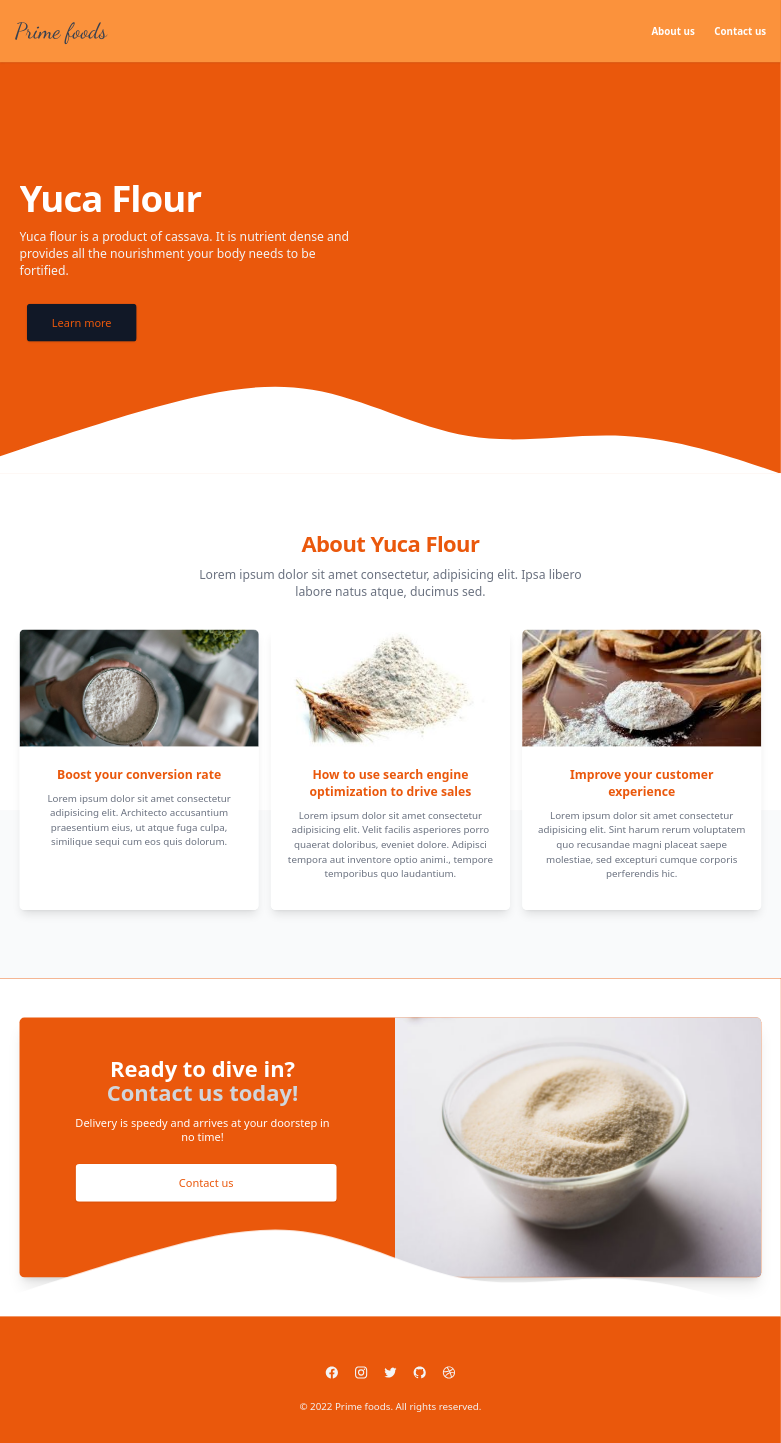
Repository: bellatrick/prime-foods
Page: /
These files come from the project's save history. The page is drawn as it stood at one moment and after a run of saves; the edit follows.
The browser window is 1280 px wide. The pictures show the whole page, at 61% of full size.
Some web fonts or font styles are not loaded; a fallback is used. The project was rebuilt for these pictures with package versions that can differ from the ones it lists, and the page was loaded fresh each time. Imported but missing from the stored project, and not drawn on this page: src/assets/img11.heic.

Above is the page before, as saved 2022-04-30 23:02:54.

### public/index.html
<!DOCTYPE html>
<html lang="en">
  <head>
    <meta charset="utf-8" />
    <link rel="icon" href="%PUBLIC_URL%/favicon.ico" />
    <meta name="viewport" content="width=device-width, initial-scale=1" />
    <meta name="theme-color" content="#000000" />
    <meta
      name="description"
      content="Web site created using create-react-app"
    />
    <link rel="apple-touch-icon" href="%PUBLIC_URL%/logo192.png" />
    <link rel="preconnect" href="https://fonts.googleapis.com" />
    <link rel="preconnect" href="https://fonts.gstatic.com" crossorigin />
    <link
      href="https://fonts.googleapis.com/css2?family=Dancing+Script:wght@400;500;600;700&family=Inter:wght@100;200;300;400;500;700;900&family=Kavoon&display=swap"
      rel="stylesheet"
    />
    <!--
      manifest.json provides metadata used when your web app is installed on a
      user's mobile device or desktop. See https://developers.google.com/web/fundamentals/web-app-manifest/
    -->
    <link rel="manifest" href="%PUBLIC_URL%/manifest.json" />
    <!--
      Notice the use of %PUBLIC_URL% in the tags above.
      It will be replaced with the URL of the `public` folder during the build.
      Only files inside the `public` folder can be referenced from the HTML.

      Unlike "/favicon.ico" or "favicon.ico", "%PUBLIC_URL%/favicon.ico" will
      work correctly both with client-side routing and a non-root public URL.
      Learn how to configure a non-root public URL by running `npm run build`.
    -->
    <title>React App</title>
  </head>
  <body>
    <noscript>You need to enable JavaScript to run this app.</noscript>
    <div id="root"></div>
    <!--
      This HTML file is a template.
      If you open it directly in the browser, you will see an empty page.

      You can add webfonts, meta tags, or analytics to this file.
      The build step will place the bundled scripts into the <body> tag.

      To begin the development, run `npm start` or `yarn start`.
      To create a production bundle, use `npm run build` or `yarn build`.
    -->
  </body>
</html>

### src/App.js
import Hero from './components/Hero'
import Features from './components/Features'
import Cta from './components/Cta'
import Footer from './components/Footer'
import './App.css';

function App() {
  return (
    <div className="App">
     <Hero/>
     <Features/>
     <Cta/>
     <Footer/>
    </div>
  );
}

export default App;

### src/components/Hero.jsx
/* This example requires Tailwind CSS v2.0+ */
import { Fragment } from "react";
//import Carousel from "react-material-ui-carousel";
import { Popover, Transition } from "@headlessui/react";
import img1 from "../assets/img10.jpg";
import img2 from "../assets/img11.heic";
import Fade from "react-reveal/Fade";
import makeCarousel from 'react-reveal/makeCarousel';
import Slide from 'react-reveal/Slide';
import styled, { css } from 'styled-components';

const images = [img1, img2];

const Container = styled.div`
  border: 1px solid red;
  position: relative;
  overflow: hidden;
  width: 300px;
  height: 150px;
`;
const CarouselUI = ({ children }) => <Container>{children}</Container>;
const Carousel = makeCarousel(CarouselUI);
export default function Example() {
  return (
    <div className="relative bg-orange-600">
      <Popover className="relative bg-orange-400 shadow">
        <div className="max-w-7xl mx-auto px-4 sm:px-6">
          <div className="flex justify-between items-center py-6 md:justify-start md:space-x-10">
            <div className="flex justify-start lg:w-0 lg:flex-1">
              <p className="text-[800] text-gray-700 text-[36px] font-logo">
                Prime foods
              </p>
            </div>
            <div className="flex gap-8 text-white font-bold cursor-pointer  ">
              <p className="hover:text-gray-400">About us</p>
              <p className="hover:text-gray-400">Contact us</p>
            </div>
          </div>
        </div>
      </Popover>

      <main className="lg:relative">
        <div className="mx-auto max-w-7xl w-full pt-16 pb-20 text-center lg:py-48 lg:text-left">
          <div className="px-4 lg:w-1/2 sm:px-8 xl:pr-16">
            <Fade left>
              <h1 className="text-4xl tracking-tight font-extrabold text-white sm:text-5xl md:text-6xl lg:text-5xl xl:text-6xl">
                <span className="block xl:inline">Yuca Flour</span>{" "}
              </h1>
            </Fade>
            <Fade right>
              <p className="mt-3 max-w-md mx-auto text-lg text-gray-100 sm:text-xl md:mt-5 md:max-w-3xl">
                Yuca flour is a product of cassava. It is nutrient dense and
                provides all the nourishment your body needs to be fortified.
              </p>
            </Fade>
            <Fade top>
              <div className="mt-10 sm:flex sm:justify-center lg:justify-start">
                <div className="mt-3 rounded-md shadow sm:mt-0 sm:ml-3">
                  <a
                    href="#about-us"
                    className="w-full flex items-center justify-center px-8 py-3 border border-transparent text-base font-medium rounded-md bg-gray-900 text-orange-600 hover:bg-gray-700 cursor-pointer md:py-4 md:text-lg md:px-10"
                  >
                    Learn more
                  </a>
                </div>
              </div>
            </Fade>
          </div>
        </div>

        <Fade bottom>
         Carousel

        </Fade>
      </main>
      <div className="absolute bottom-0 left-0 right-0 w-full">
        <svg xmlns="http://www.w3.org/2000/svg" viewBox="0 0 1440 320">
          <path
            fill="#fff"
            fill-opacity="1"
            d="M0,288L48,272C96,256,192,224,288,197.3C384,171,480,149,576,165.3C672,181,768,235,864,250.7C960,267,1056,245,1152,250.7C1248,256,1344,288,1392,304L1440,320L1440,320L1392,320C1344,320,1248,320,1152,320C1056,320,960,320,864,320C768,320,672,320,576,320C480,320,384,320,288,320C192,320,96,320,48,320L0,320Z"
          ></path>
        </svg>
      </div>
    </div>
  );
}

### src/components/Features.jsx
import img1 from "../assets/img2.jpg";
import img2 from "../assets/img3.png";
import img3 from "../assets/img4.jfif";
import Zoom from "react-reveal/Zoom";
const posts = [
  {
    title: "Boost your conversion rate",
    href: "#",
    category: { name: "Article", href: "#" },
    description:
      "Lorem ipsum dolor sit amet consectetur adipisicing elit. Architecto accusantium praesentium eius, ut atque fuga culpa, similique sequi cum eos quis dolorum.",
    date: "Mar 16, 2020",
    datetime: "2020-03-16",
    imageUrl: img2,
    readingTime: "6 min",
  },
  {
    title: "How to use search engine optimization to drive sales",
    href: "#",
    category: { name: "Video", href: "#" },
    description:
      "Lorem ipsum dolor sit amet consectetur adipisicing elit. Velit facilis asperiores porro quaerat doloribus, eveniet dolore. Adipisci tempora aut inventore optio animi., tempore temporibus quo laudantium.",
    date: "Mar 10, 2020",
    datetime: "2020-03-10",
    imageUrl: img1,
    readingTime: "4 min",
  },
  {
    title: "Improve your customer experience",
    href: "#",
    category: { name: "Case Study", href: "#" },
    description:
      "Lorem ipsum dolor sit amet consectetur adipisicing elit. Sint harum rerum voluptatem quo recusandae magni placeat saepe molestiae, sed excepturi cumque corporis perferendis hic.",
    date: "Feb 12, 2020",
    datetime: "2020-02-12",
    imageUrl: img3,
    readingTime: "11 min",
  },
];

export default function Example() {
  return (
    <div className="relative bg-gray-50 pt-16 pb-20 px-4 sm:px-6 lg:pt-24 lg:pb-28 lg:px-8">
      <div className="absolute inset-0">
        <div className="bg-white h-1/3 sm:h-2/3" />
      </div>
      <div className="relative max-w-7xl mx-auto">
        <div className="text-center">
          <h2 className="text-3xl tracking-tight font-extrabold text-orange-600 sm:text-4xl">
            About Yuca Flour
          </h2>
          <p className="mt-3 max-w-2xl mx-auto text-xl text-gray-500 sm:mt-4">
            Lorem ipsum dolor sit amet consectetur, adipisicing elit. Ipsa
            libero labore natus atque, ducimus sed.
          </p>
        </div>
        <>
          <div className="mt-12 max-w-lg mx-auto grid gap-5 lg:grid-cols-3 lg:max-w-none">
            {posts.map((post) => (
              <Zoom>
                <div
                  key={post.title}
                  className="flex flex-col rounded-lg shadow-lg overflow-hidden"
                >
                  <div className="flex-shrink-0">
                    <img
                      className="h-48 w-full object-cover"
                      src={post.imageUrl}
                      alt="feature img"
                    />
                  </div>
                  <div className="flex-1 bg-white p-6 flex flex-col justify-between">
                    <div className="flex-1">
                      <a href={post.href} className="block mt-2">
                        <p className="text-xl font-semibold text-orange-600">
                          {post.title}
                        </p>
                        <p className="mt-3 text-base text-gray-500">
                          {post.description}
                        </p>
                      </a>
                    </div>
                    <div className="mt-6 flex items-center"></div>
                  </div>
                </div>
              </Zoom>
            ))}
          </div>
        </>
      </div>
    </div>
  );
}

### src/components/Cta.jsx
import img1 from "../assets/img9.jpg";
import Slide from "react-reveal/Slide";
import Fade from "react-reveal/Fade";
export default function Example() {
  return (
    <div className="bg-white relative z-10">
      <div className="max-w-7xl mx-auto py-16 px-4 sm:px-6 lg:px-8">
        <div className="bg-orange-600 rounded-lg shadow-xl overflow-hidden lg:grid lg:grid-cols-2 lg:gap-4">
          <div className="pt-6 pb-12 px-6 sm:pt-10 sm:px-16 lg:py-16 lg:pr-0 xl:py-16 xl:px-20">
            <div className="lg:self-center">
              <h2 className="text-2xl font-extrabold text-white sm:text-4xl">
                <Fade top>
                  <span className="block">Ready to dive in?</span>
                </Fade>
                <Fade bottom>
                  {" "}
                  <span className="block text-gray-300">Contact us today!</span>
                </Fade>
              </h2>
              <Slide top>
                {" "}
                <p className="mt-4 text-lg leading-6 text-white">
                  Delivery is speedy and arrives at your doorstep in no time!
                </p>
              </Slide>
              <div className="mt-4 rounded-md shadow sm:mt-8 sm:ml-3 hover:bg-gray-200 cursor-pointer">
                <a
                  href="#about-us"
                  className="w-full flex items-center justify-center px-8 py-3 border border-transparent text-base font-medium rounded-md bg-white text-orange-600 hover:bg-gray-200 cursor-pointer md:py-4 md:text-lg md:px-10"
                >
                  Contact us
                </a>
              </div>
            </div>
          </div>{" "}
          <div className="-mt-6 aspect-w-5 aspect-h-3 md:aspect-w-2 md:aspect-h-1">
            <Slide right>
              <img
                className="transform translate-x-6 translate-y-6 rounded-md object-cover object-left-top sm:translate-x-16 lg:translate-y-20"
                src={img1}
                alt="App screenshot"
              />
            </Slide>
          </div>
        </div>
      </div>
      <div className="absolute bottom-0 left-0 right-0 w-full z-0">
        <svg xmlns="http://www.w3.org/2000/svg" viewBox="0 0 1440 320">
          <path
            fill="#fff"
            fill-opacity="1"
            d="M0,288L48,272C96,256,192,224,288,197.3C384,171,480,149,576,165.3C672,181,768,235,864,250.7C960,267,1056,245,1152,250.7C1248,256,1344,288,1392,304L1440,320L1440,320L1392,320C1344,320,1248,320,1152,320C1056,320,960,320,864,320C768,320,672,320,576,320C480,320,384,320,288,320C192,320,96,320,48,320L0,320Z"
          ></path>
        </svg>
      </div>
    </div>
  );
}

### src/components/Footer.jsx
/* This example requires Tailwind CSS v2.0+ */
const navigation = {
    social: [
      {
        name: 'Facebook',
        href: '#',
        icon: (props) => (
          <svg fill="currentColor" viewBox="0 0 24 24" {...props}>
            <path
              fillRule="evenodd"
              d="M22 12c0-5.523-4.477-10-10-10S2 6.477 2 12c0 4.991 3.657 9.128 8.438 9.878v-6.987h-2.54V12h2.54V9.797c0-2.506 1.492-3.89 3.777-3.89 1.094 0 2.238.195 2.238.195v2.46h-1.26c-1.243 0-1.63.771-1.63 1.562V12h2.773l-.443 2.89h-2.33v6.988C18.343 21.128 22 16.991 22 12z"
              clipRule="evenodd"
            />
          </svg>
        ),
      },
      {
        name: 'Instagram',
        href: '#',
        icon: (props) => (
          <svg fill="currentColor" viewBox="0 0 24 24" {...props}>
            <path
              fillRule="evenodd"
              d="M12.315 2c2.43 0 2.784.013 3.808.06 1.064.049 1.791.218 2.427.465a4.902 4.902 0 011.772 1.153 4.902 4.902 0 011.153 1.772c.247.636.416 1.363.465 2.427.048 1.067.06 1.407.06 4.123v.08c0 2.643-.012 2.987-.06 4.043-.049 1.064-.218 1.791-.465 2.427a4.902 4.902 0 01-1.153 1.772 4.902 4.902 0 01-1.772 1.153c-.636.247-1.363.416-2.427.465-1.067.048-1.407.06-4.123.06h-.08c-2.643 0-2.987-.012-4.043-.06-1.064-.049-1.791-.218-2.427-.465a4.902 4.902 0 01-1.772-1.153 4.902 4.902 0 01-1.153-1.772c-.247-.636-.416-1.363-.465-2.427-.047-1.024-.06-1.379-.06-3.808v-.63c0-2.43.013-2.784.06-3.808.049-1.064.218-1.791.465-2.427a4.902 4.902 0 011.153-1.772A4.902 4.902 0 015.45 2.525c.636-.247 1.363-.416 2.427-.465C8.901 2.013 9.256 2 11.685 2h.63zm-.081 1.802h-.468c-2.456 0-2.784.011-3.807.058-.975.045-1.504.207-1.857.344-.467.182-.8.398-1.15.748-.35.35-.566.683-.748 1.15-.137.353-.3.882-.344 1.857-.047 1.023-.058 1.351-.058 3.807v.468c0 2.456.011 2.784.058 3.807.045.975.207 1.504.344 1.857.182.466.399.8.748 1.15.35.35.683.566 1.15.748.353.137.882.3 1.857.344 1.054.048 1.37.058 4.041.058h.08c2.597 0 2.917-.01 3.96-.058.976-.045 1.505-.207 1.858-.344.466-.182.8-.398 1.15-.748.35-.35.566-.683.748-1.15.137-.353.3-.882.344-1.857.048-1.055.058-1.37.058-4.041v-.08c0-2.597-.01-2.917-.058-3.96-.045-.976-.207-1.505-.344-1.858a3.097 3.097 0 00-.748-1.15 3.098 3.098 0 00-1.15-.748c-.353-.137-.882-.3-1.857-.344-1.023-.047-1.351-.058-3.807-.058zM12 6.865a5.135 5.135 0 110 10.27 5.135 5.135 0 010-10.27zm0 1.802a3.333 3.333 0 100 6.666 3.333 3.333 0 000-6.666zm5.338-3.205a1.2 1.2 0 110 2.4 1.2 1.2 0 010-2.4z"
              clipRule="evenodd"
            />
          </svg>
        ),
      },
      {
        name: 'Twitter',
        href: '#',
        icon: (props) => (
          <svg fill="currentColor" viewBox="0 0 24 24" {...props}>
            <path d="M8.29 20.251c7.547 0 11.675-6.253 11.675-11.675 0-.178 0-.355-.012-.53A8.348 8.348 0 0022 5.92a8.19 8.19 0 01-2.357.646 4.118 4.118 0 001.804-2.27 8.224 8.224 0 01-2.605.996 4.107 4.107 0 00-6.993 3.743 11.65 11.65 0 01-8.457-4.287 4.106 4.106 0 001.27 5.477A4.072 4.072 0 012.8 9.713v.052a4.105 4.105 0 003.292 4.022 4.095 4.095 0 01-1.853.07 4.108 4.108 0 003.834 2.85A8.233 8.233 0 012 18.407a11.616 11.616 0 006.29 1.84" />
          </svg>
        ),
      },
      {
        name: 'GitHub',
        href: '#',
        icon: (props) => (
          <svg fill="currentColor" viewBox="0 0 24 24" {...props}>
            <path
              fillRule="evenodd"
              d="M12 2C6.477 2 2 6.484 2 12.017c0 4.425 2.865 8.18 6.839 9.504.5.092.682-.217.682-.483 0-.237-.008-.868-.013-1.703-2.782.605-3.369-1.343-3.369-1.343-.454-1.158-1.11-1.466-1.11-1.466-.908-.62.069-.608.069-.608 1.003.07 1.531 1.032 1.531 1.032.892 1.53 2.341 1.088 2.91.832.092-.647.35-1.088.636-1.338-2.22-.253-4.555-1.113-4.555-4.951 0-1.093.39-1.988 1.029-2.688-.103-.253-.446-1.272.098-2.65 0 0 .84-.27 2.75 1.026A9.564 9.564 0 0112 6.844c.85.004 1.705.115 2.504.337 1.909-1.296 2.747-1.027 2.747-1.027.546 1.379.202 2.398.1 2.651.64.7 1.028 1.595 1.028 2.688 0 3.848-2.339 4.695-4.566 4.943.359.309.678.92.678 1.855 0 1.338-.012 2.419-.012 2.747 0 .268.18.58.688.482A10.019 10.019 0 0022 12.017C22 6.484 17.522 2 12 2z"
              clipRule="evenodd"
            />
          </svg>
        ),
      },
      {
        name: 'Dribbble',
        href: '#',
        icon: (props) => (
          <svg fill="currentColor" viewBox="0 0 24 24" {...props}>
            <path
              fillRule="evenodd"
              d="M12 2C6.48 2 2 6.48 2 12s4.48 10 10 10c5.51 0 10-4.48 10-10S17.51 2 12 2zm6.605 4.61a8.502 8.502 0 011.93 5.314c-.281-.054-3.101-.629-5.943-.271-.065-.141-.12-.293-.184-.445a25.416 25.416 0 00-.564-1.236c3.145-1.28 4.577-3.124 4.761-3.362zM12 3.475c2.17 0 4.154.813 5.662 2.148-.152.216-1.443 1.941-4.48 3.08-1.399-2.57-2.95-4.675-3.189-5A8.687 8.687 0 0112 3.475zm-3.633.803a53.896 53.896 0 013.167 4.935c-3.992 1.063-7.517 1.04-7.896 1.04a8.581 8.581 0 014.729-5.975zM3.453 12.01v-.26c.37.01 4.512.065 8.775-1.215.25.477.477.965.694 1.453-.109.033-.228.065-.336.098-4.404 1.42-6.747 5.303-6.942 5.629a8.522 8.522 0 01-2.19-5.705zM12 20.547a8.482 8.482 0 01-5.239-1.8c.152-.315 1.888-3.656 6.703-5.337.022-.01.033-.01.054-.022a35.318 35.318 0 011.823 6.475 8.4 8.4 0 01-3.341.684zm4.761-1.465c-.086-.52-.542-3.015-1.659-6.084 2.679-.423 5.022.271 5.314.369a8.468 8.468 0 01-3.655 5.715z"
              clipRule="evenodd"
            />
          </svg>
        ),
      },
    ],
  }

  export default function Example() {
    return (
      <footer className="bg-orange-600">
        <div className="max-w-7xl mx-auto py-12 px-4 overflow-hidden sm:px-6 lg:px-8">
          <div className="mt-8 flex justify-center space-x-6">
            {navigation.social.map((item) => (
              <a key={item.name} href={item.href} className="text-gray-100 hover:text-gray-200">
                <span className="sr-only">{item.name}</span>
                <item.icon className="h-6 w-6" aria-hidden="true" />
              </a>
            ))}
          </div>
          <p className="mt-8 text-center text-base text-gray-100">&copy; 2022 Prime foods. All rights reserved.</p>
        </div>
      </footer>
    )
  }

### tailwind.config.js
module.exports = {
  content: ["./src/**/*.{js,jsx,ts,tsx}"],
  theme: {
    extend: {
      colors: {
        primary: "#do380c",
      },
      fontFamily: {
        body: ["Inter", "sans-serif"],
        logo: ["Dancing Script", "cursive"],
      },
    },
  },
  plugins: [],
};

Loaded but not shown: src/index.js (common file); src/index.css (common file); src/reportWebVitals.js (common file); src/App.css (common file)

After the next 4 saves:
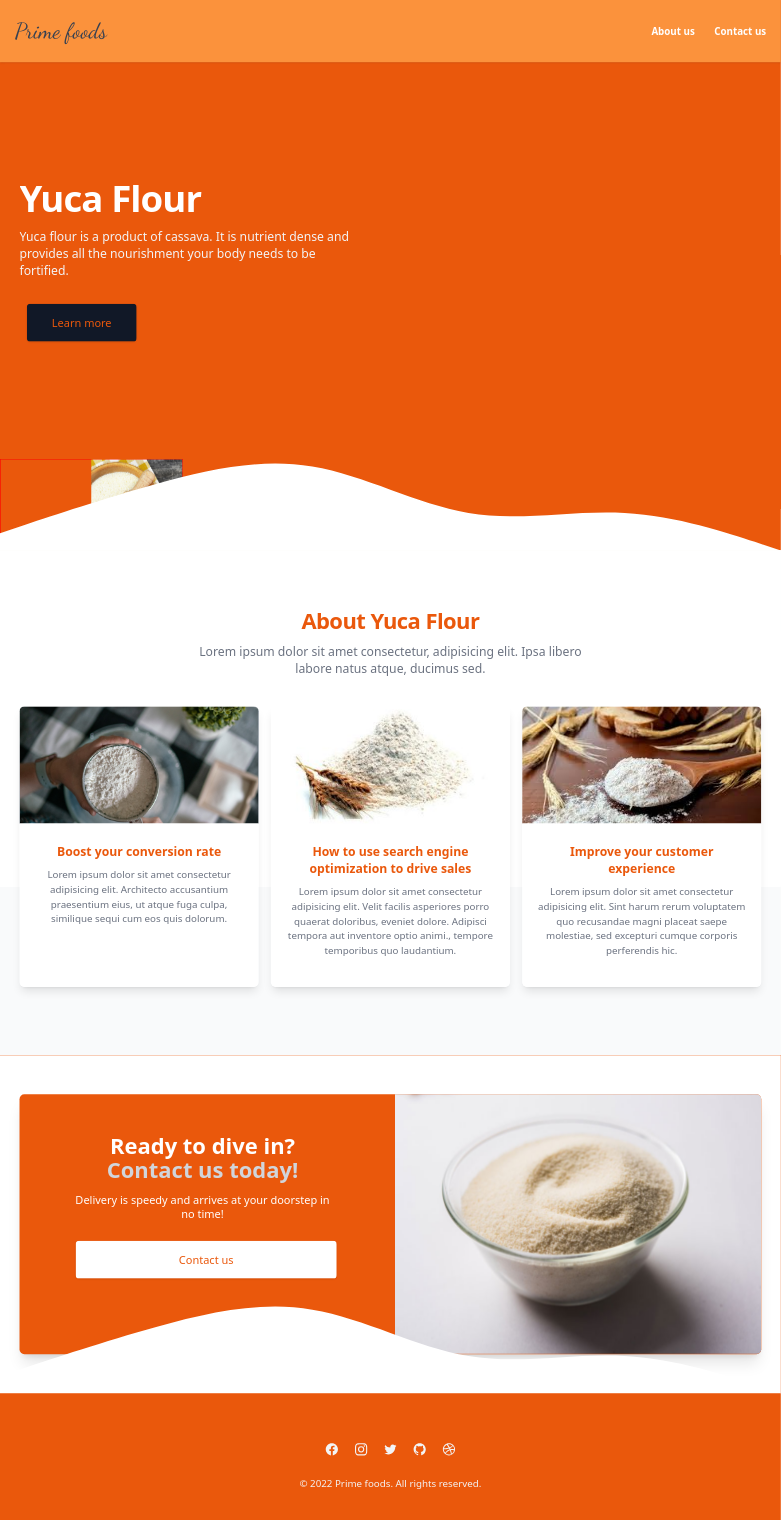
The 4 saves are shown as one change because they came seconds apart.
The last was saved 12 s later.
--- a/src/components/Hero.jsx
+++ b/src/components/Hero.jsx
@@ -5,9 +5,9 @@
 import img1 from "../assets/img10.jpg";
 import img2 from "../assets/img11.heic";
 import Fade from "react-reveal/Fade";
-import makeCarousel from 'react-reveal/makeCarousel';
-import Slide from 'react-reveal/Slide';
-import styled, { css } from 'styled-components';
+import makeCarousel from "react-reveal/makeCarousel";
+import Slide from "react-reveal/Slide";
+import styled, { css } from "styled-components";
 
 const images = [img1, img2];
 
@@ -69,8 +69,15 @@
         </div>
 
         <Fade bottom>
-         Carousel
-
+          <Carousel>
+            <div className="relative w-full h-64 sm:h-72 md:h-96 lg:absolute lg:inset-y-0 lg:right-0 lg:w-1/2 lg:h-full">
+              <img
+                className="absolute inset-0 w-full h-full object-cover"
+                src={img1}
+                alt=""
+              />
+            </div>
+          </Carousel>
         </Fade>
       </main>
       <div className="absolute bottom-0 left-0 right-0 w-full">
